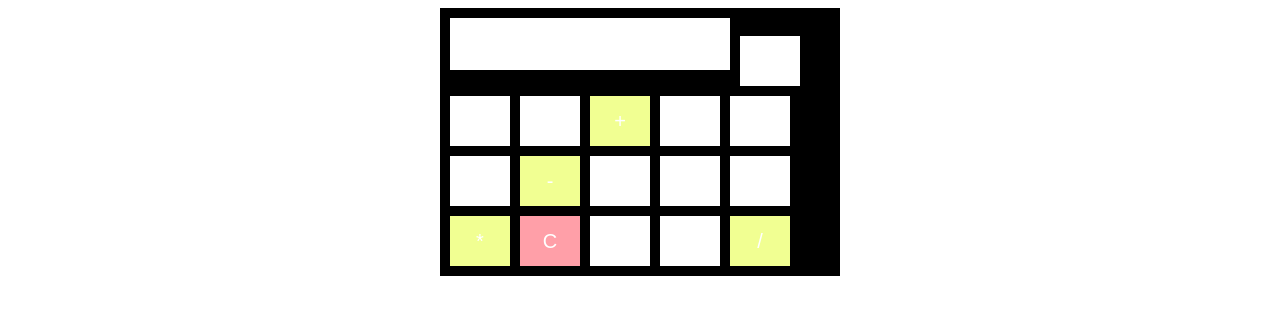
Repository: Drumstrum88/LAB-calculator
Page: index.html
These files come from the project's save history. The page is drawn as it stood at one moment and after a run of saves; the edit follows.
The browser window is 1280 px wide. The pictures show the whole page.

Above is the page before, as saved 2023-04-15 15:33:19.

After the next 2 saves:
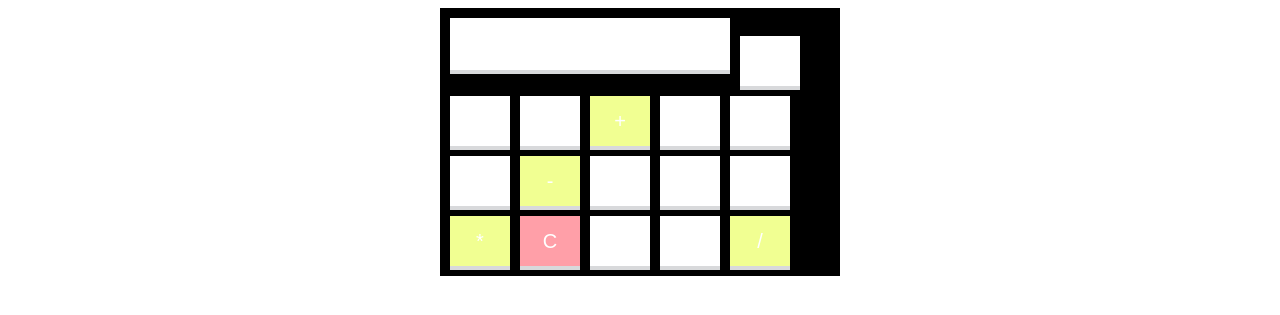
The 2 saves are shown as one change because they came seconds apart.
The last was saved 73 s later.
--- a/main.css
+++ b/main.css
@@ -23,7 +23,7 @@ input {
   margin: 5px;
   padding: 1px 5px;
   font-size: 20px;
-  box-shadow: 0 4px rgba(0,0,0,0.2);
+  box-shadow: 0 4px #d8d9db;
 }
 
 .operator{
